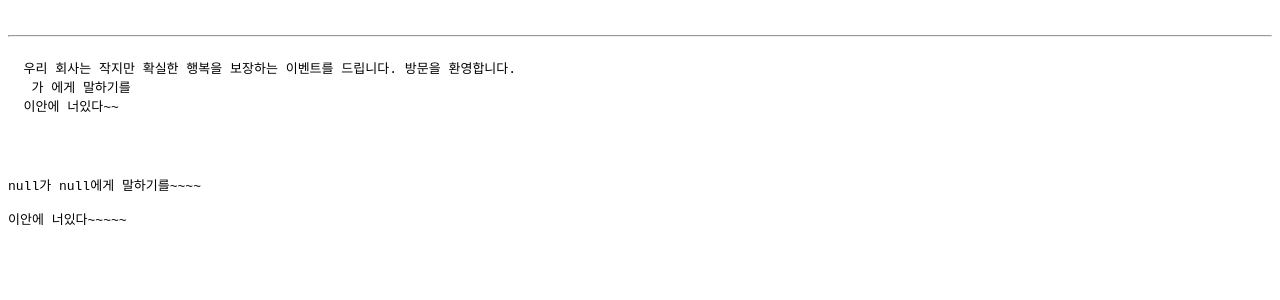
Repository: violetaplum/eclipseJSP
Page: http://localhost/JSP/200_includesub.jsp
These files come from the project's save history. The page is drawn as it stood at one moment and after a run of saves; the edit follows.
The browser window is 1280 px wide. The pictures show the whole page.
The page is served by Tomcat 9. Other server files are loaded and not shown.

Above is the page before, as saved 2019-06-07 10:46:31.

### JSP/WebContent/200_includesub.jsp
<%@ page language="java" contentType="text/html; charset=utf-8"
    pageEncoding="utf-8"%>
<!DOCTYPE html>
<html>
<head>
<meta charset="EUC-KR">
<title>include 지시어로 파일 포함 하기</title>
</head>
<body>
<pre>
  <hr />
  우리 회사는 작지만 확실한 행복을 보장하는 이벤트를 드립니다. 방문을 환영합니다.
  ${param.name1} 가 ${param.name2}에게 말하기를
  ${"이안에 너있다~~"}<br />



<%
  String name1 = request.getParameter("name1");
  String name2 = request.getParameter("name2");
  out.println(name1+"가 "+name2+"에게 말하기를~~~~"+"<br />");
  out.println("이안에 너있다~~~~~");
%>

</pre>
</body>
</html>

After the next 2 saves:
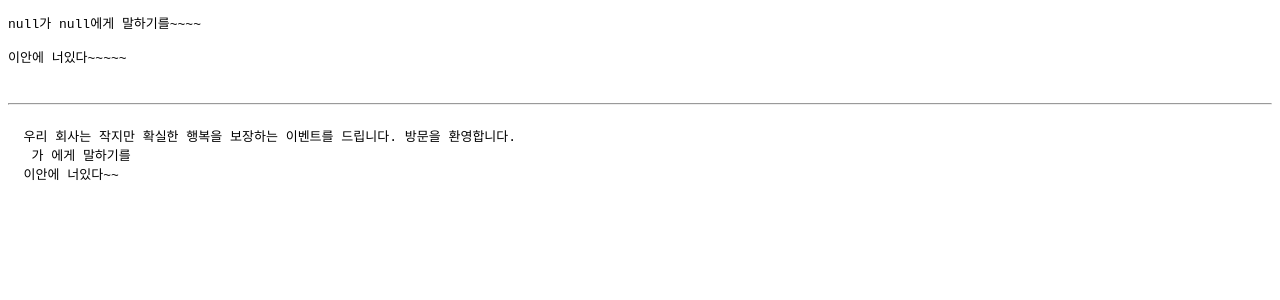
The 2 saves are shown as one change because they came seconds apart.
The last was saved 54 s later.
--- a/JSP/WebContent/200_includesub.jsp
+++ b/JSP/WebContent/200_includesub.jsp
@@ -8,6 +8,12 @@
 </head>
 <body>
 <pre>
+<%
+  String name1 = request.getParameter("name1");
+  String name2 = request.getParameter("name2");
+  out.println(name1+"가 "+name2+"에게 말하기를~~~~"+"<br />");
+  out.println("이안에 너있다~~~~~");
+%>
   <hr />
   우리 회사는 작지만 확실한 행복을 보장하는 이벤트를 드립니다. 방문을 환영합니다.
   ${param.name1} 가 ${param.name2}에게 말하기를
@@ -15,12 +21,7 @@
 
 
 
-<%
-  String name1 = request.getParameter("name1");
-  String name2 = request.getParameter("name2");
-  out.println(name1+"가 "+name2+"에게 말하기를~~~~"+"<br />");
-  out.println("이안에 너있다~~~~~");
-%>
+
 
 </pre>
 </body>
